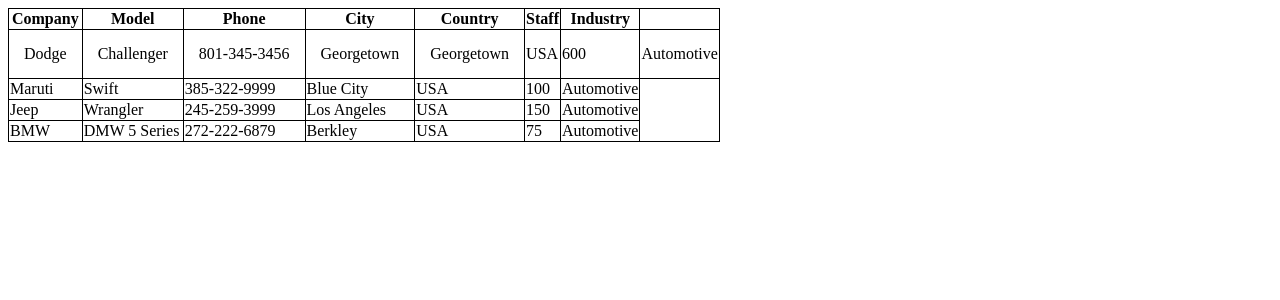
Repository: vgoins-RA2022/HTML-2
Page: index.html
An editor plug-in stored every save of this project. The page is shown before and after the next save, followed by the edit.
The browser window is 1280 px wide. The pictures show the whole page.

Above is the page before, as saved 2023-01-21 22:25:11.

### index.html
<!DOCTYPE html>
<html lang="en">

<head>
  <meta charset="UTF-8">
  <meta name="viewport" content="width=device-width, initial-scale=1">
  <link rel="stylesheet" href="../HTML-2/src/css/Style.css" type="text/css">
  <title>HTML Table Assignment 2</title>
</head>

<body>
  <!-- Build Table -->
  <table>
    <thead>
      <tr>
        <!-- Name colomn headings -->
        <th>Company</th>
        <th>Model</th>
        <th>Phone</th>
        <th>City</th>
        <th>Country</th>
        <th>Staff</th>
        <th>Industry</th>
      </tr>
    </thead>
    <tbody>
      <tr>
        <!--Beginning table data  -->
        <td class="table-cell-padding">Dodge</td>
        <td class="table-cell-padding">Challenger</td>
        <td class="table-cell-padding">801-345-3456</td>
        <td class="table-cell-padding">Georgetown</td>
        <td class="table-cell-padding">Georgetown</td>
        <td>USA</td>
        <td>600</td>
        <td>Automotive</td>
      </tr>
       <tr>
        <td>Maruti</td>
        <td>Swift</td>
        <td>385-322-9999</td>
        <td>Blue City</td>
        <td>USA</td>
        <td>100</td>
        <td>Automotive</td>
      </tr><tr>
        <td>Jeep</td>
        <td>Wrangler</td>
        <td>245-259-3999</td>
        <td>Los Angeles</td>
        <td>USA</td>
        <td>150</td>
        <td>Automotive</td>
      </tr>
      <tr>
        <td>BMW</td>
        <td>DMW 5 Series</td>
        <td>272-222-6879</td>
        <td>Berkley</td>
        <td>USA</td>
        <td>75</td>
        <td>Automotive</td>
      </tr>
    </tbody>
    <!-- Ending table data -->
  </table>

 </body>

</html>

### src/css/Style.css

table, th, td {
  border: 1px solid black;
  border-collapse: collapse;
}

  .table-cell-padding {
    padding: 15px;
  }

After the next save:
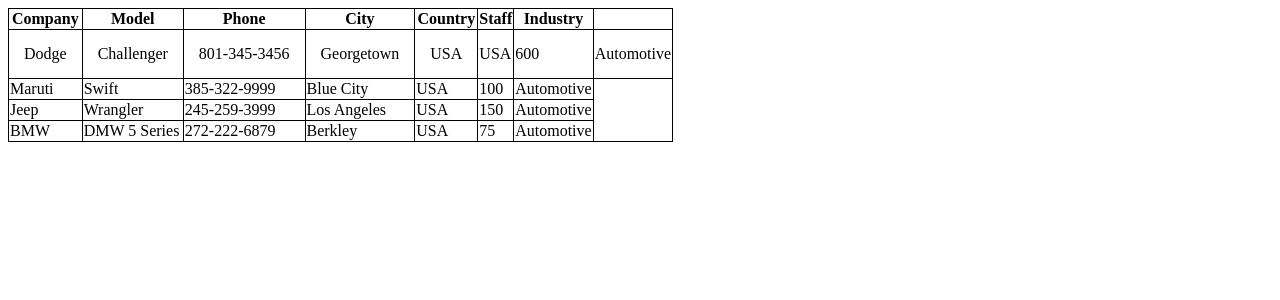
Saved 11 s later.
--- a/index.html
+++ b/index.html
@@ -30,7 +30,7 @@
         <td class="table-cell-padding">Challenger</td>
         <td class="table-cell-padding">801-345-3456</td>
         <td class="table-cell-padding">Georgetown</td>
-        <td class="table-cell-padding">Georgetown</td>
+        <td class="table-cell-padding">USA</td>
         <td>USA</td>
         <td>600</td>
         <td>Automotive</td>
